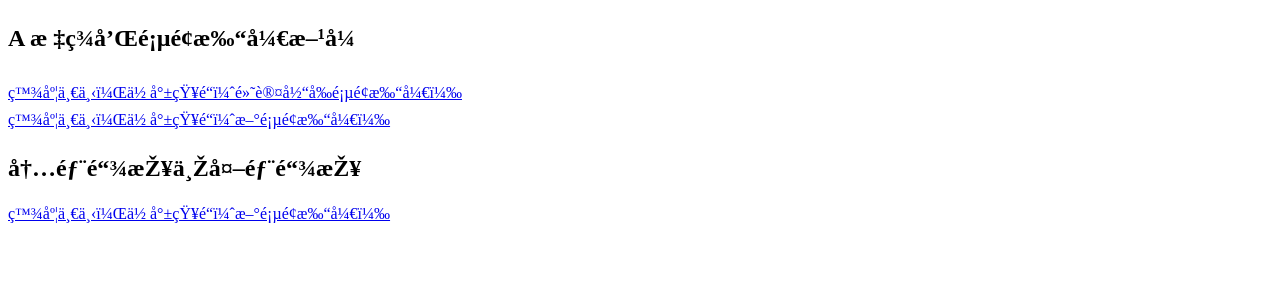
Repository: liang-n/front-end-basics
Page: 08-超链接.html
These files come from the project's save history. The page is drawn as it stood at one moment and after a run of saves; the edit follows.
The browser window is 1280 px wide. The pictures show the whole page.

Above is the page before, as saved 2022-05-15 13:06:01.

After the next 3 saves:
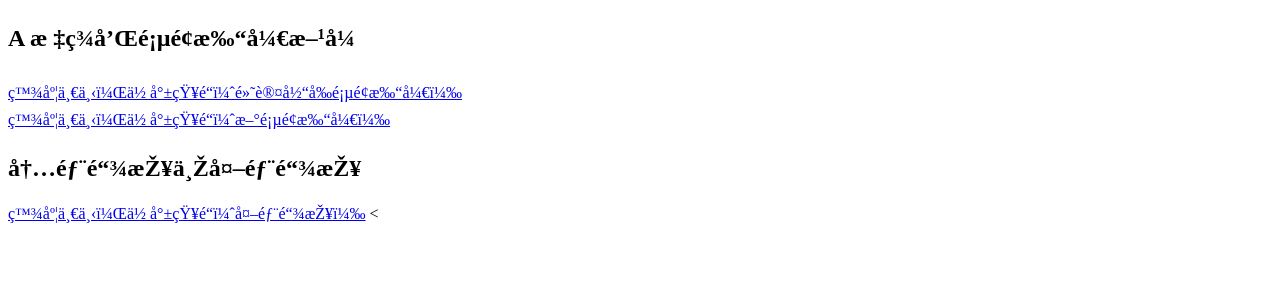
The 3 saves are shown as one change because they came seconds apart.
The last was saved 7 s later.
--- a/08-超链接.html
+++ b/08-超链接.html
@@ -12,7 +12,8 @@
     <br/>
     <a href="https://www.baidu.coom/" target="_blank">百度一下，你就知道（新页面打开）</a>
     <h2>内部链接与外部链接</h2>
-    <a href="http://www.baidu.com/">百度一下，你就知道（新页面打开）</a>
+    <a href="http://www.baidu.com/">百度一下，你就知道（外部链接）</a>
+    <
 </body>
 
 </html>
